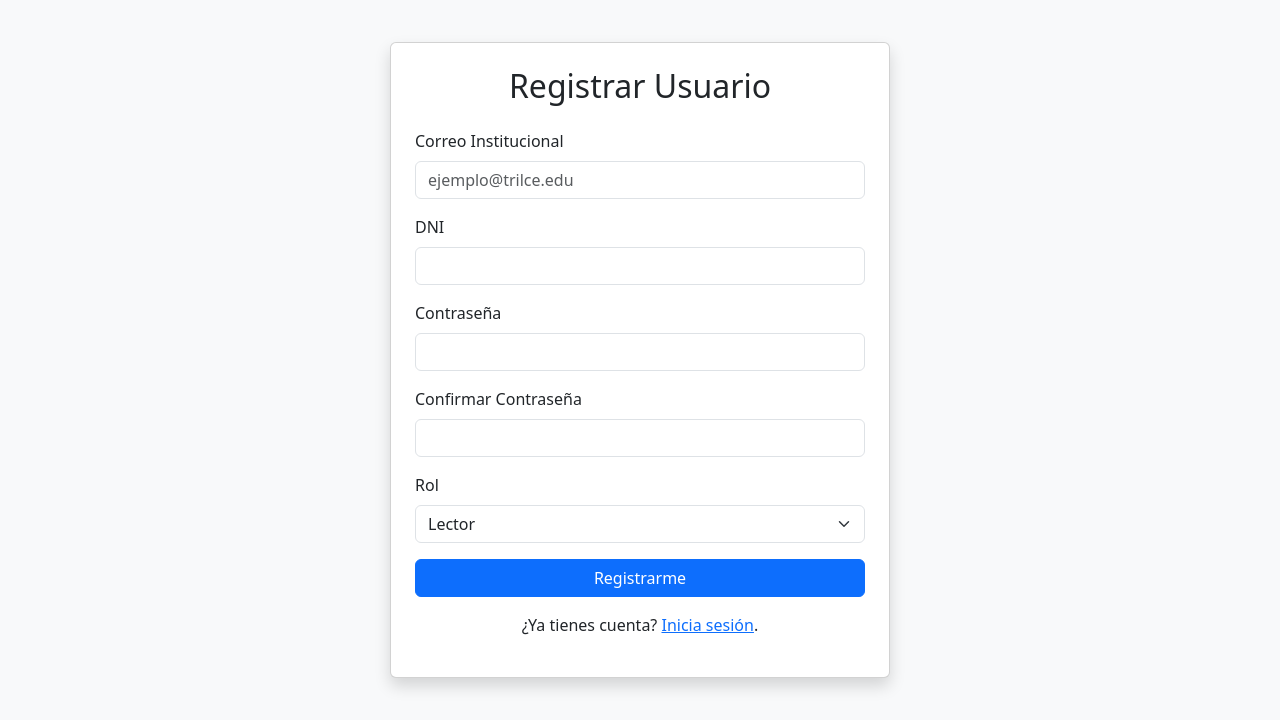
Repository: maycky02/Bibloteca_integrador
Page: http://localhost/registrarme
An editor plug-in stored every save of this project. The page is shown before and after the next save, followed by the edit.
The browser window is 1280 px wide. The pictures show the whole page.
The page is this project's Thymeleaf template; nobody is signed in. The template is opened directly, without the code that normally fills it, so the values that code supplies are empty.

Above is the page before, as saved 2024-12-01 03:13:52.

After the next save:
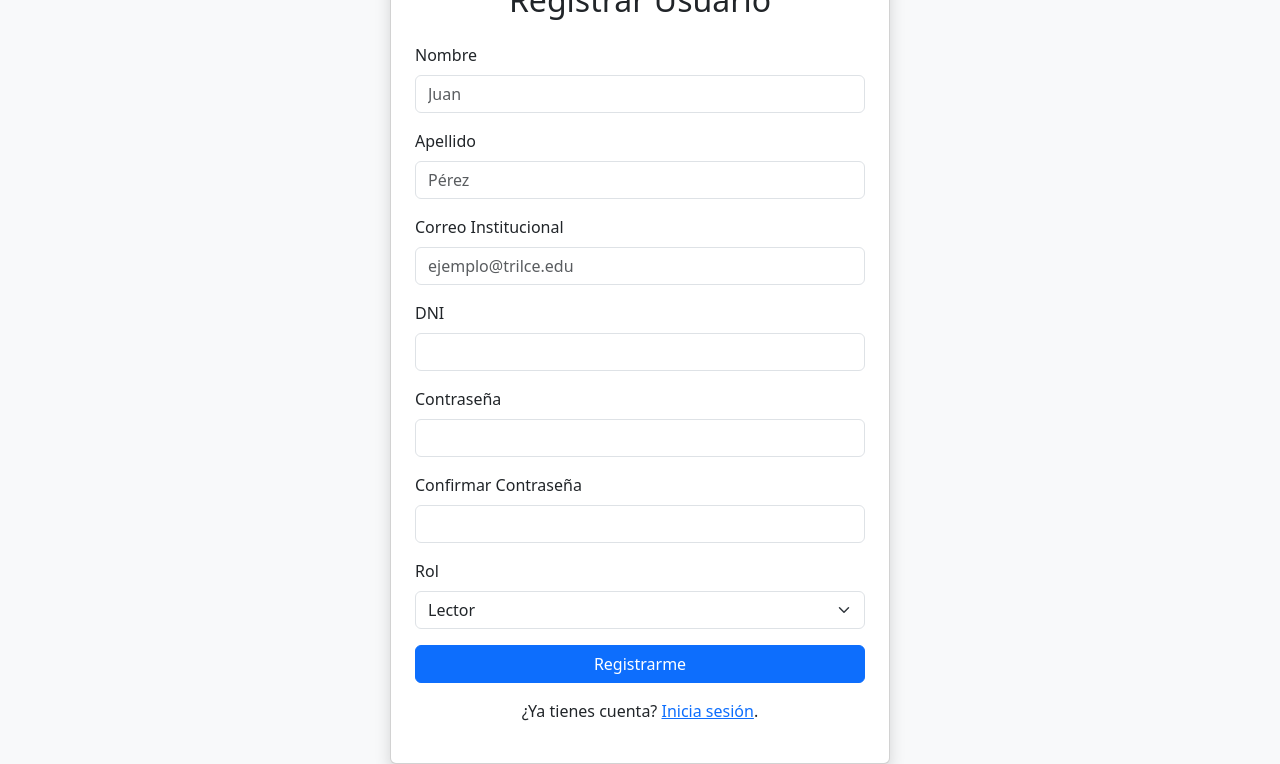
Saved 4 min 16 s later.
--- a/Bibloteca/src/main/resources/templates/registrarme.html
+++ b/Bibloteca/src/main/resources/templates/registrarme.html
@@ -18,28 +18,44 @@
                 <p th:text="${error}"></p>
             </div>
             <form action="/registrarme" method="post">
+                <!-- Campo para el nombre -->
+                <div class="mb-3">
+                    <label for="nombre" class="form-label">Nombre</label>
+                    <input type="text" class="form-control" id="nombre" name="nombre" placeholder="Juan" required>
+                </div>
+                <!-- Campo para el apellido -->
+                <div class="mb-3">
+                    <label for="apellido" class="form-label">Apellido</label>
+                    <input type="text" class="form-control" id="apellido" name="apellido" placeholder="Pérez" required>
+                </div>
+                <!-- Campo para el correo -->
                 <div class="mb-3">
                     <label for="correo" class="form-label">Correo Institucional</label>
                     <input type="email" class="form-control" id="correo" name="correo" placeholder="ejemplo@trilce.edu" required>
                 </div>
+                <!-- Campo para el DNI -->
                 <div class="mb-3">
                     <label for="dni" class="form-label">DNI</label>
                     <input type="text" class="form-control" id="dni" name="dni" required>
                 </div>
+                <!-- Campo para la contraseña -->
                 <div class="mb-3">
                     <label for="contraseña" class="form-label">Contraseña</label>
                     <input type="password" class="form-control" id="contraseña" name="contraseña" required>
                 </div>
+                <!-- Campo para confirmar la contraseña -->
                 <div class="mb-3">
                     <label for="confirmarContraseña" class="form-label">Confirmar Contraseña</label>
                     <input type="password" class="form-control" id="confirmarContraseña" name="confirmarContraseña" required>
                 </div>
+                <!-- Campo para el rol -->
                 <div class="mb-3">
                     <label for="rol" class="form-label">Rol</label>
                     <select class="form-select" id="rol" name="rol" required>
                         <option value="LECTOR">Lector</option>
                     </select>
                 </div>
+                <!-- Botón de registro -->
                 <button type="submit" class="btn btn-primary w-100">Registrarme</button>
                 <p class="mt-3 text-center">
                     ¿Ya tienes cuenta? <a href="/login">Inicia sesión</a>.
